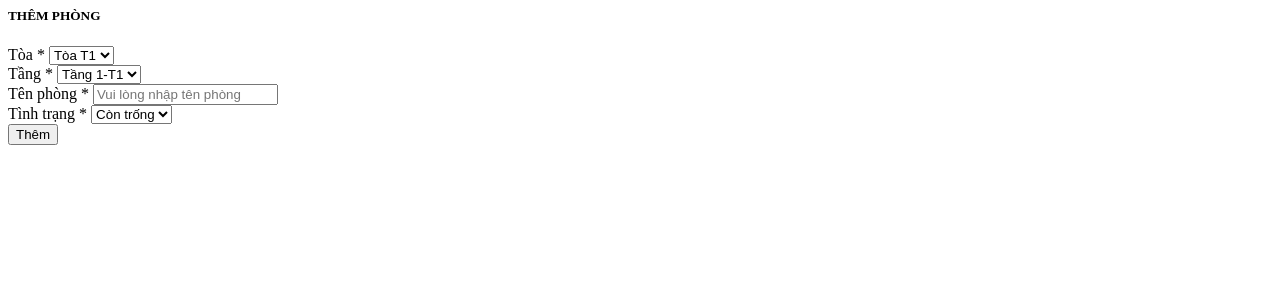
Repository: NguyenChienThangB1910143/QL_ChungCy
Page: http://localhost/phong/them
These files come from the project's save history. The page is drawn as it stood at one moment and after the next save; the edit follows.
The browser window is 1280 px wide. The pictures show the whole page.
The page is served by the project's Laravel application, run on PHP 8.4 with Laravel 10. The first stored user is signed in. The database holds what the project's SQL file puts in it.

Above is the page before, as saved 2023-09-05 16:06:24.

After the next save:
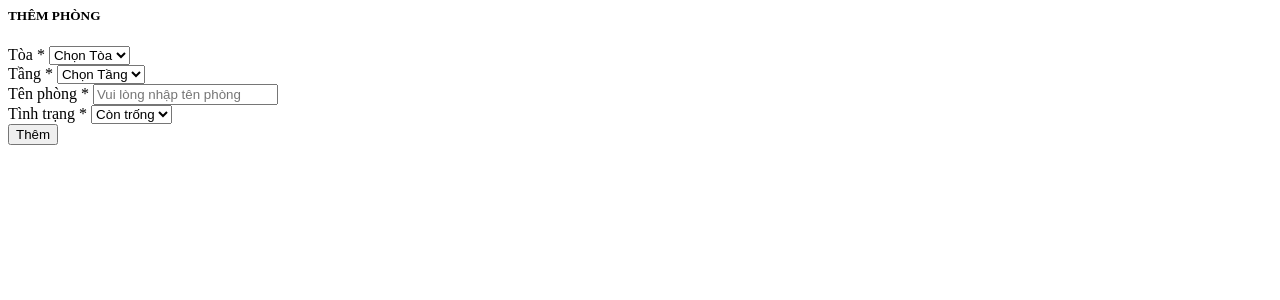
Saved 2 min 20 s later.
--- a/resources/views/phong/them.blade.php
+++ b/resources/views/phong/them.blade.php
@@ -11,18 +11,21 @@
                 <span id="colorIcon">*</span>
             </label>
             <select style="cursor: pointer;" class="form-control" aria-label="Default select example" id="toa" name="toa">
+                <option value="">Chọn Tòa</option>
                 @foreach($toa as $toa)
                 <option value="{{$toa->id_toa}}">{{$toa->ten}}</option>
                 @endforeach
             </select>
         </div>
+        <!-- Chọn Tầng -->
         <div class="mb-3 option-tang">
             <label class="form-label">Tầng
                 <span id="colorIcon">*</span>
             </label>
             <select style="cursor: pointer;" class="form-control" aria-label="Default select example" id="tang" name="tang">
+                <option value="">Chọn Tầng</option>
                 @foreach($tang as $tang)
-                <option value="{{$tang->id_tang}}">{{$tang->ten}}</option>
+                <option value="{{$tang->id_tang}}" data-id-toa="{{$tang->id_toa}}">{{$tang->ten}}</option>
                 @endforeach
             </select>
         </div>
